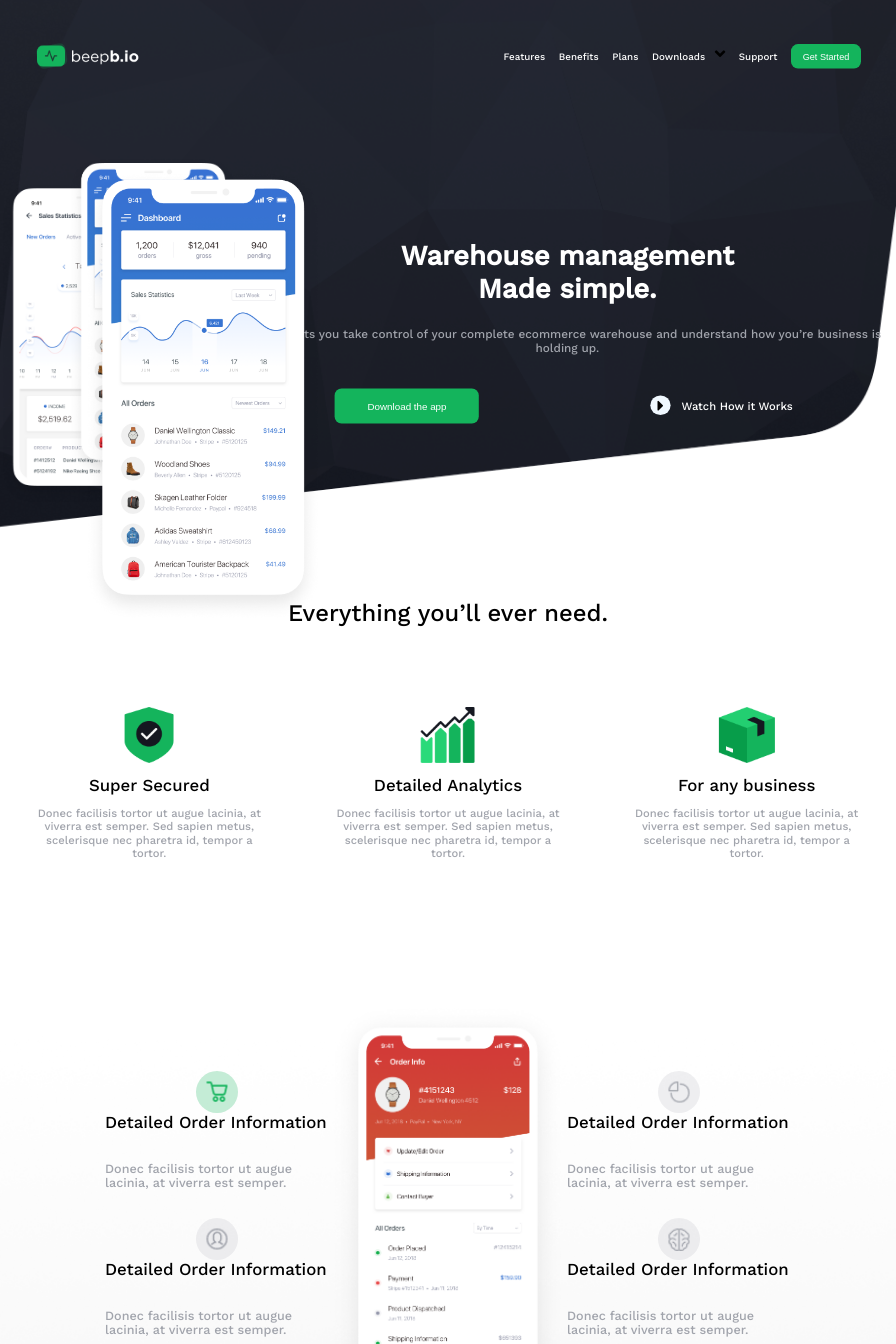
Repository: thinhnguyen347/thinhnguyen347.github.io
Page: cut-html-css/index.html
The author's editor kept a copy of each file at every save. The page is drawn from the files as they stood at one save, then again after a run of saves.
The browser window is 1280 px wide. The pictures show the part of the page from y = 0 to 1920 px (the page is 4463 px tall), at 70% of full size.

Above is the page before, as saved 2021-11-10 19:20:35.

After the next 2 saves:
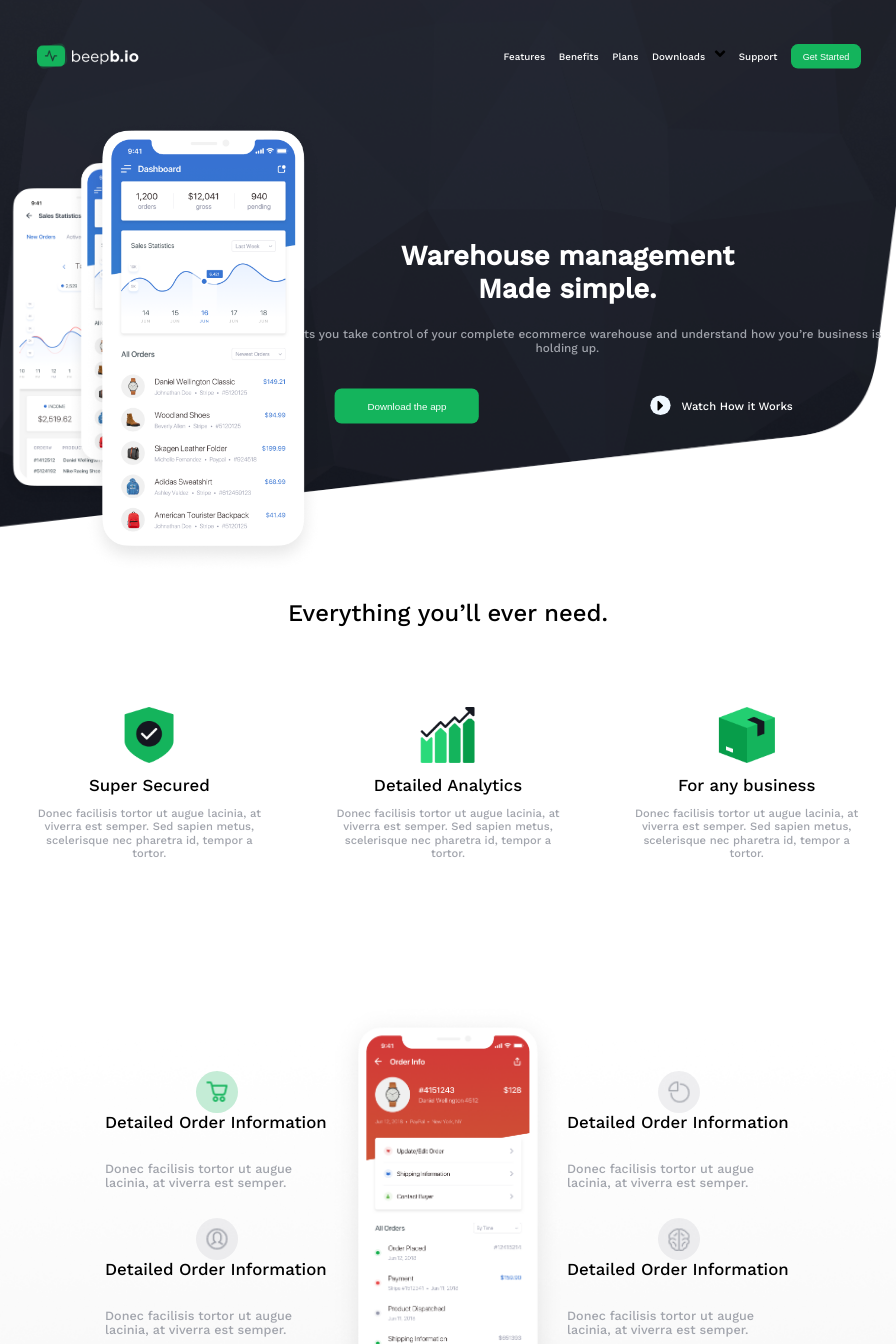
The 2 saves are shown as one change because they came seconds apart.
The last was saved 36 s later.
--- a/cut-html-css/css/style.css
+++ b/cut-html-css/css/style.css
@@ -166,7 +166,7 @@ li.menuitem:hover .drop-down {
 
 .iphone-x2 {
   position: absolute;
-  top: 20px;
+  top: -10%;
   left: 120px;
   max-width: 341px;
 }
